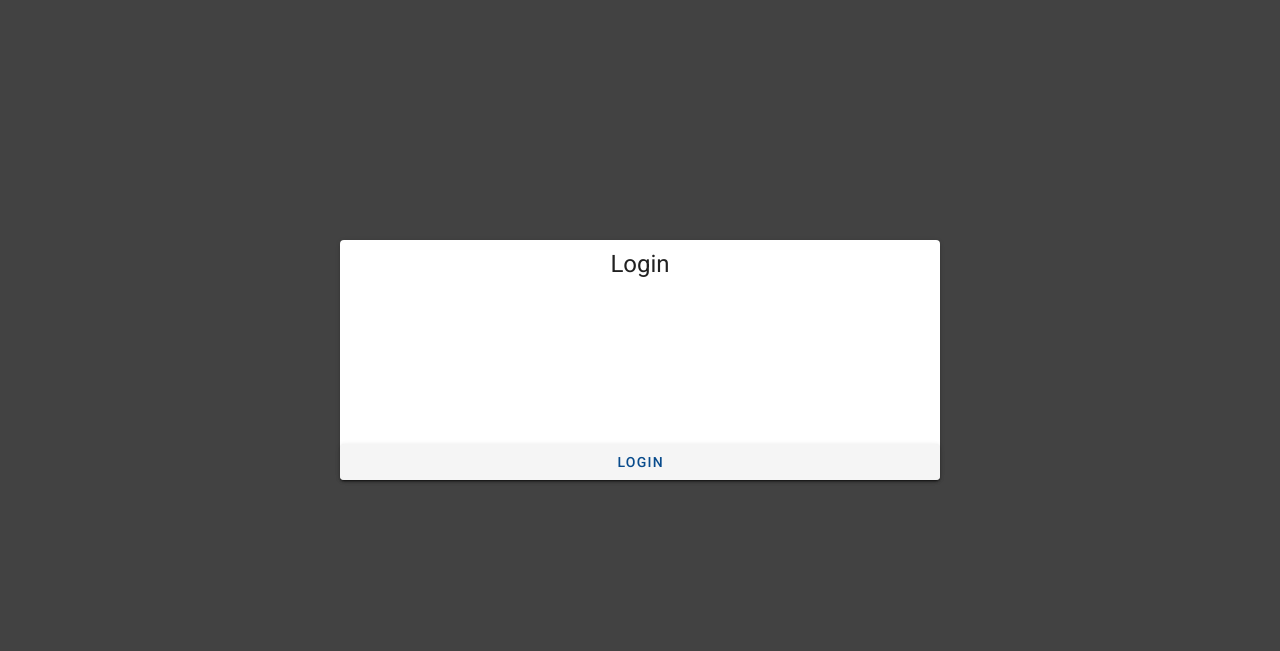
Repository: Grace229/Login
Page: /
These files come from the project's save history. The page is drawn as it stood at one moment and after the next save; the edit follows.
The browser window is 1280 px wide. The pictures show the whole page.
The project was rebuilt for these pictures with package versions that can differ from the ones it lists, and the page was loaded fresh each time. Also part of the build but not shown: vue.config.js. Imported but missing from the stored project, and not drawn on this page: src/views/About.vue.

Above is the page before, as saved 2021-02-15 16:40:55.

### src/App.vue
<template>
  <v-app>
    <v-main><router-view></router-view> </v-main>
  </v-app>
</template>

<script>
export default {
  name: "App",

  components: {},

  data: () => ({
    //
  }),
};
</script>

### src/plugins/vuetify.js
import Vue from "vue";
import Vuetify from "vuetify/lib/framework";

Vue.use(Vuetify);

export default new Vuetify({
  theme: {
    options: {
      customProperties: true,
    },
    themes: {
      light: {
        primary: "#084b8c",
        secondary: "#424242",
        accent: "#82B1FF",
        error: "#FF5252",
        info: "#2196F3",
        success: "#4CAF50",
        warning: "#FFC107",
      },
    },
  },
});

### src/views/Home.vue
<template>
  <main
    style="min-height:100vh"
    class="secondary fill-height white--text d-flex flex-column justify-center pa-4"
  >
    <v-container>
      <v-card class="mx-auto" max-width="600">
        <header>
          <div class="headline text-center py-2">
            Login
          </div>
        </header>
        <form v-on:submit.prevent="login()">
          <div>
            <v-text-field
              dark
              label="E-mail Address"
              v-model="email"
              :rules="[rules.required, rules.email]"
            />
          </div>
          <div>
            <v-text-field
              dark
              v-model="password"
              :rules="[rules.required]"
              label="Password"
              :type="showPassword ? 'text' : 'password'"
            >
              <v-btn
                text
                small
                slot="append"
                @click="showPassword = !showPassword"
                class="transparent text-capitalize"
                :append-icon="showPassword ? 'mdi-eye' : 'mdi-eye-off'"
              ></v-btn>
            </v-text-field>
            <div class="pt-4">
              <v-btn block class="primary--text" type="submit">Login</v-btn>
            </div>
          </div>
        </form>
      </v-card>
    </v-container>
  </main>
</template>

<script>
import axios from "axios";
import router from "../router";
export default {
  data() {
    return {
      email: "",
      password: "",
      FORM: {},
      showPassword: false,
      rules: {
        required: (value) => !!value || "Required.",
        counter: (value) => value.length <= 20 || "Max 20 characters",
        email: (value) => {
          const pattern = /^(([^<>()[\]\\.,;:\s@"]+(\.[^<>()[\]\\.,;:\s@"]+)*)|(".+"))@((\[[0-9]{1,3}\.[0-9]{1,3}\.[0-9]{1,3}\.[0-9]{1,3}])|(([a-zA-Z\-0-9]+\.)+[a-zA-Z]{2,}))$/;
          return pattern.test(value) || "Invalid e-mail.";
        },
      },
    };
  },
  methods: {
    login() {
      axios
        .post("https://login-api-grace.herokuapp.com/api/v1/auth/login", {
          email: this.email,
          password: this.password,
        })
        .then(() => {
          router.push({ name: "Profile" });
        })
        .catch((err) => {
          console.log(err);
        });
    },
  },
};
</script>

Loaded but not shown: public/index.html (common file); src/main.js (common file); src/router/index.js (common file); src/store/index.js (common file)

After the next save:
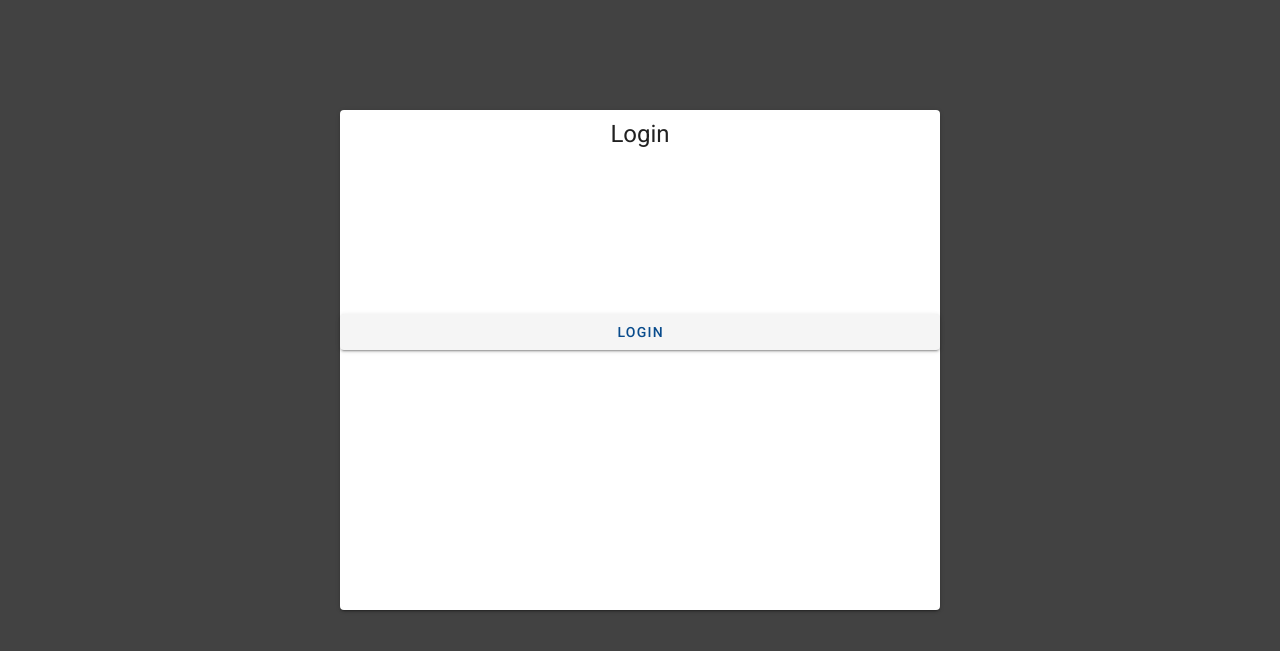
Saved 23 s later.
--- a/src/views/Home.vue
+++ b/src/views/Home.vue
@@ -4,7 +4,7 @@
     class="secondary fill-height white--text d-flex flex-column justify-center pa-4"
   >
     <v-container>
-      <v-card class="mx-auto" max-width="600">
+      <v-card class="mx-auto" max-width="600" height="500">
         <header>
           <div class="headline text-center py-2">
             Login
